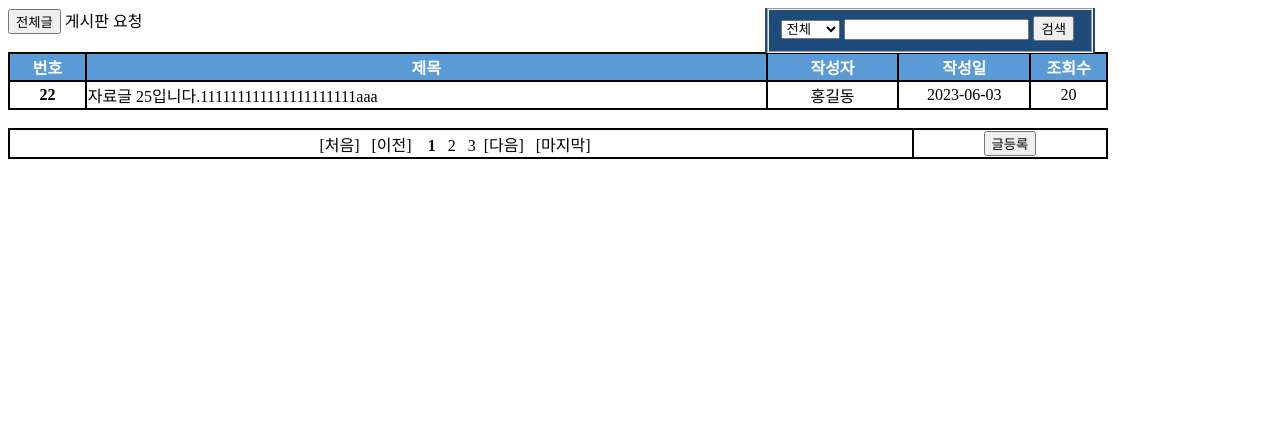
Repository: LJzero-dev/java-study
Page: http://localhost/ktbwos/bbs/request_list.jsp
The author's editor kept a copy of each file at every save. The page is drawn from the files as they stood at one save, then again after the next save.
The browser window is 1280 px wide. The pictures show the whole page.
The page is served by Tomcat 9. Other server files are loaded and not shown.

Above is the page before, as saved 2023-06-11 05:24:46.

### web/ktbwos/WebContent/bbs/request_list.jsp
<%@ page language="java" contentType="text/html; charset=UTF-8" pageEncoding="UTF-8"%>
<%
int cpage = 1, psize = 3, bsize = 3, rcnt = 10, pcnt = 10, schargs = 10;	// 페이지 번호, 페이지 크기, 블록 크기, 레코드(게시글) 개수, 페이지 개수 등을 저장할 변수
%>
<!DOCTYPE html PUBLIC "-//W3C//DTD HTML 4.01 Transitional//EN" "http://www.w3.org/TR/html4/loose.dtd">
<html>
<head>
<meta http-equiv="Content-Type" content="text/html; charset=UTF-8">
<style>
	a:link { color:black; text-decoration:none; }
	a:visited { color:black; text-decoration:none; }
	a:hover { color:black; text-decoration:underline; }
	table, th, td {
	border:2px solid black;
	border-collapse : collapse;
	}
	th { background-color:#5B9BD5; color:white;}
	td { text-align:center;}
</style>
<title>Insert title here</title>
</head>
<body>

<div width="1100">
<input type="button" value="전체글">  게시판 요청
<form style="width:330px; background:#1E4B79; display:inline-block; margin-left: 623px;  position: fixed; " name="frmSch">
<fieldset>
		<select name="schtype">
			<option value="all" >전체</option>
			<option value="title" >제목</option>
			<option value="content" >내용</option>
			<option value="writer">작성자</option>
		</select>
		<input type="text" name="keyword" value="" />
		<input type="submit" value="검색" />
</fieldset>
</form>
<br /><br />
	<table width="1100">
		<tr>
			<th width="7%">번호</th><th width="*">제목</th><th width="12%">작성자</th><th width="12%">작성일</th><th width="7%">조회수</th>
		</tr>
		<tr>
			<td><b>22</b></td><td><span style="float:left;">자료글 25입니다.111111111111111111111<a href="">aaa</a></span></td><td>홍길동</td><td>2023-06-03</td><td>20</td>
		</tr>
	</table>
</div>
<br />
<table width="1100">
<tr>
<td width="900">
<%
if (rcnt > 0) {	// 게시글이 있으면
	String link = "free_list.jsp?cpage=";
	if (cpage == 1) {
		out.println("[처음]&nbsp;&nbsp;&nbsp;[이전]&nbsp;&nbsp;");
	} else {
		out.println("<a href='" + link + "1" + schargs + "'>[처음]</a>&nbsp;&nbsp;&nbsp;");
		out.println("<a href='" + link + (cpage-1) + schargs + "'>[이전]</a>&nbsp;&nbsp;");
	}

	int spage = (cpage -1) / bsize * bsize +1;	// 블록 시작 페이지 번호
	for (int i = 1, j = spage; i <= bsize && j <= pcnt; i++, j++) {	// i : 블록에서 보여줄 페이지의 개수만큼 루프를 돌릴 조건으로 사용되는 변수 j : 실제 출력할 페이지 번호로 전체 페이지 개수(마지막 페이지 번호)를 넘지 않게 할 변수
		if (j == cpage) {
			out.println("&nbsp;<strong>" + j + "</strong>&nbsp;");
		} else {
			out.println("&nbsp;<a href='" + link + j + schargs + "'>" + j + "</a>&nbsp;");
		}
	}

	if (cpage == pcnt) {
		out.println("&nbsp;&nbsp;[다음]&nbsp;&nbsp;&nbsp;[마지막]");
	} else {
		out.println("<a href='" + link + (cpage+1) + schargs + "'>[다음]</a>&nbsp;&nbsp;");
		out.println("<a href='" + link + pcnt + schargs + "'>[마지막]</a>&nbsp;&nbsp;&nbsp;");
	}
}
%>
</td>
<td width="*" align="right">
	<input type="button" value="글등록" onclick="location.href='free_form.jsp?kind=in';" />
</td>
</tr>
</table>
</body>
</html>

After the next save:
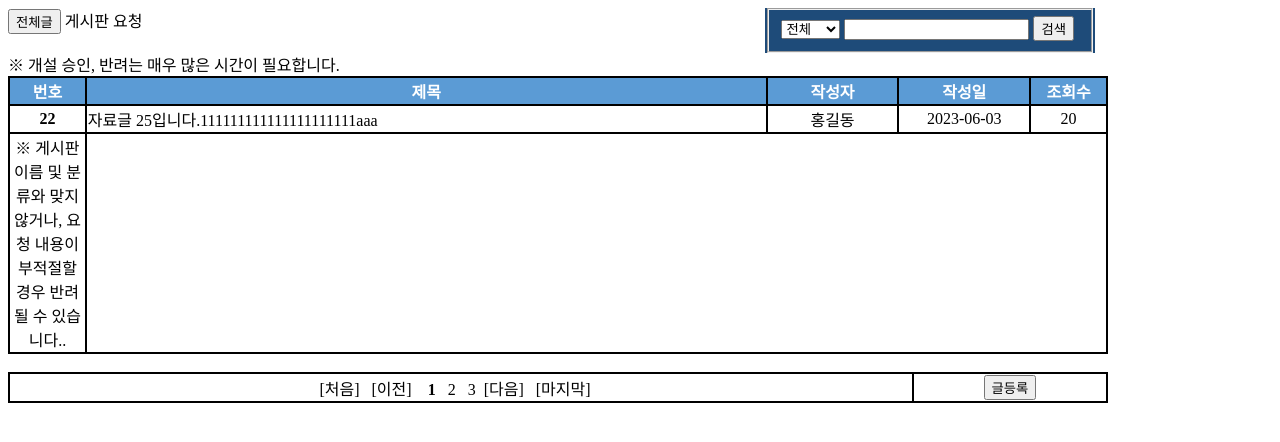
Saved 101 s later.
--- a/web/ktbwos/WebContent/bbs/request_list.jsp
+++ b/web/ktbwos/WebContent/bbs/request_list.jsp
@@ -43,6 +43,10 @@ int cpage = 1, psize = 3, bsize = 3, rcnt = 10, pcnt = 10, schargs = 10;	// 페
 		<tr>
 			<td><b>22</b></td><td><span style="float:left;">자료글 25입니다.111111111111111111111<a href="">aaa</a></span></td><td>홍길동</td><td>2023-06-03</td><td>20</td>
 		</tr>
+		<tr>
+			<td>※ 게시판 이름 및 분류와 맞지 않거나, 요청 내용이 부적절할 경우 반려될 수 있습니다..</td>
+※ 개설 승인, 반려는 매우 많은 시간이 필요합니다.
+		</tr>
 	</table>
 </div>
 <br />
